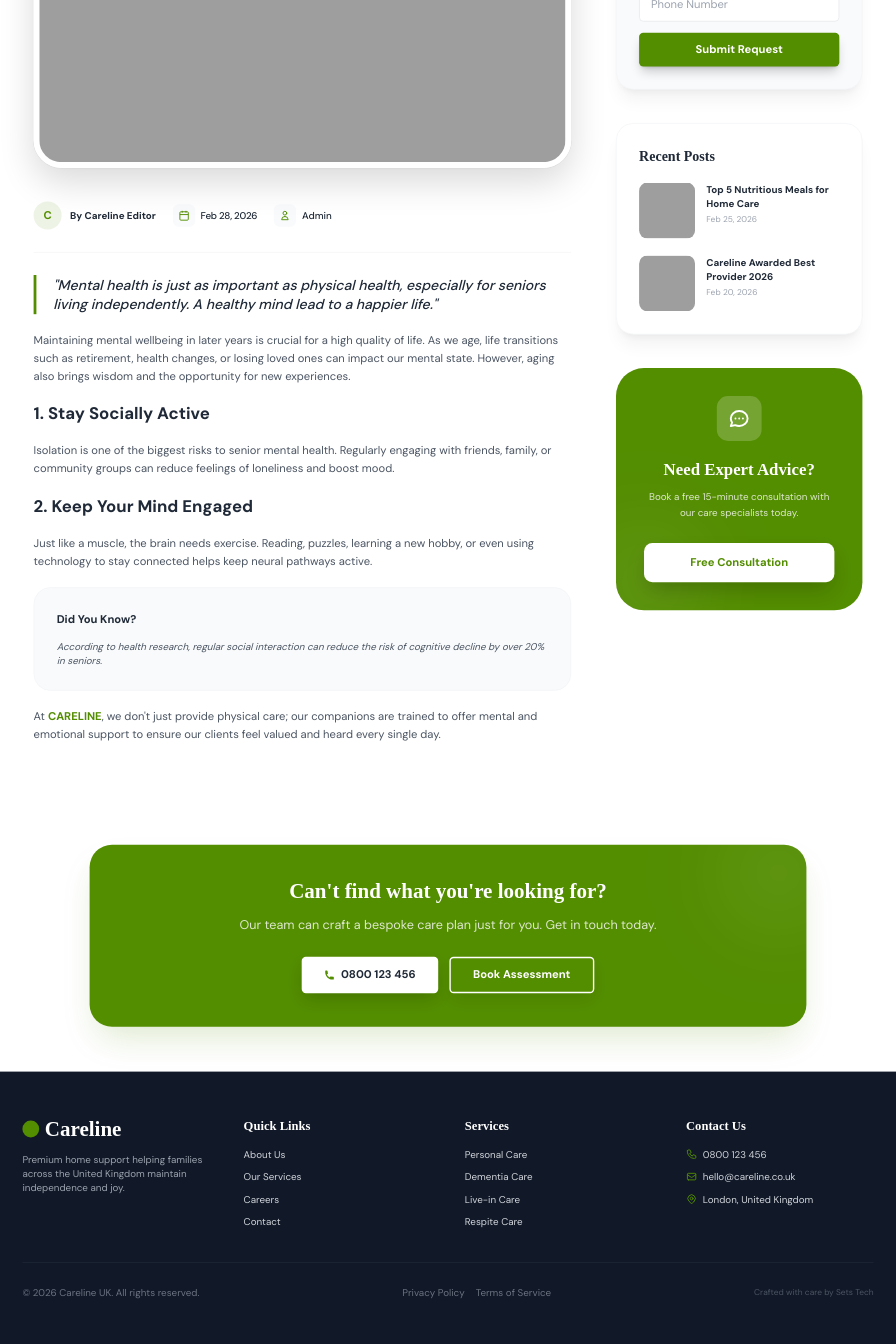
Repository: Iqbalhossen07/care
Page: http://localhost/blog-details.php
The author's editor kept a copy of each file at every save. The page is drawn from the files as they stood at one save, then again after the next save.
The browser window is 1280 px wide. The pictures show the part of the page from y = 637 to 2557 px (the page is 2557 px tall before and 2549 px after), at 70% of full size.
Pictures or frames that could not be fetched are drawn as grey boxes. Some web fonts or font styles are not loaded; a fallback is used. Some web libraries are served in a nearby version. The page is run by PHP 8.4 with error messages shown; the project is at /var/www/html/.

Above is the page before, as saved 2026-02-28 05:54:55.

After the next save:
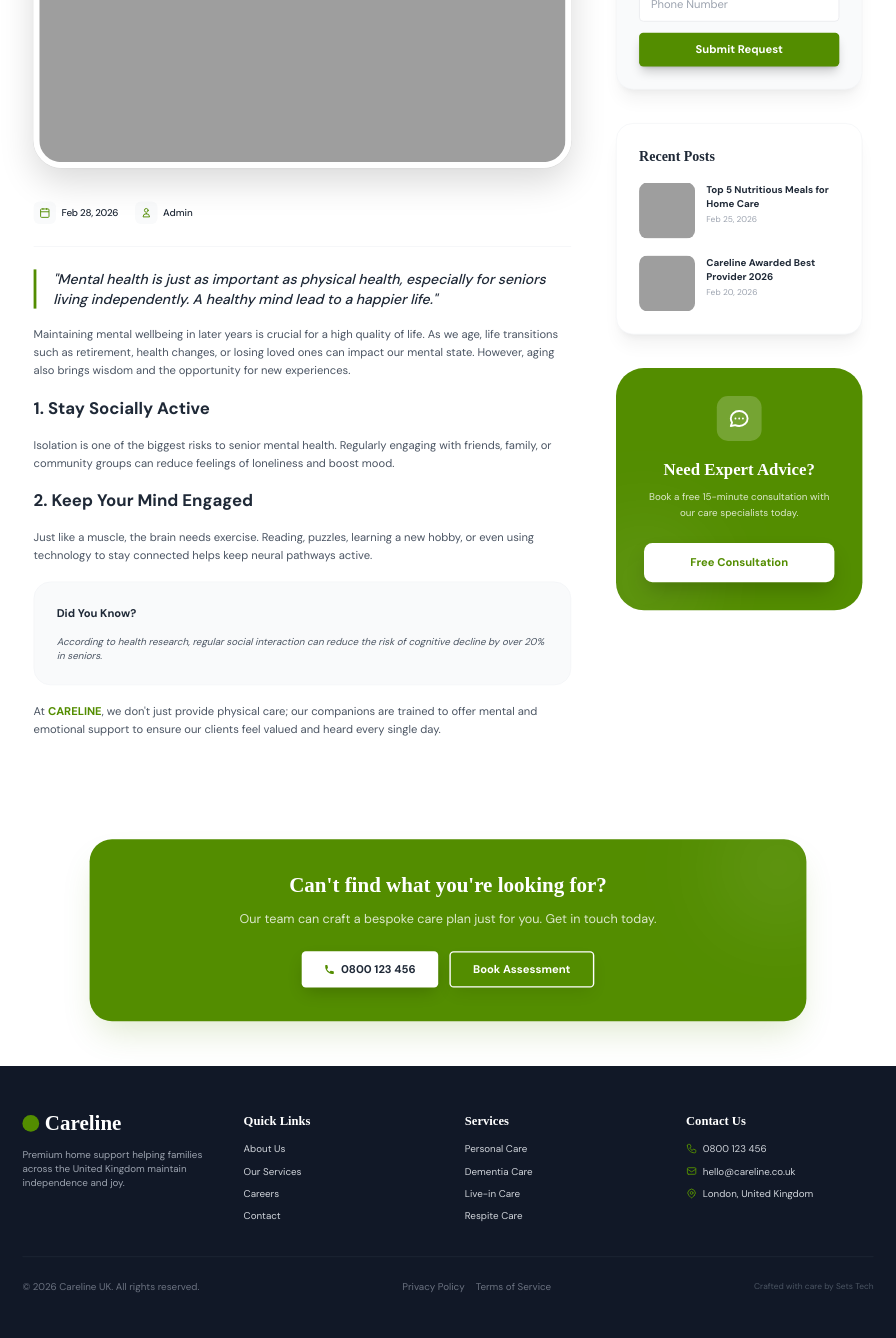
Saved 16 s later.
--- a/blog-details.php
+++ b/blog-details.php
@@ -43,12 +43,7 @@
                     </div>
 
                     <div class="flex flex-wrap items-center gap-6 mb-8 pb-8 border-b border-gray-100">
-                        <div class="flex items-center gap-3">
-                            <div
-                                class="w-10 h-10 rounded-full bg-brand/10 flex items-center justify-center text-brand font-bold">
-                                C</div>
-                            <span class="text-darkText font-bold text-sm">By Careline Editor</span>
-                        </div>
+
                         <div class="text-gray-500 text-sm flex items-center gap-2">
                             <div class="w-8 h-8 rounded-lg bg-lightBg flex items-center justify-center">
                                 <svg class="w-4 h-4 text-brand" fill="none" stroke="currentColor" viewBox="0 0 24 24"
